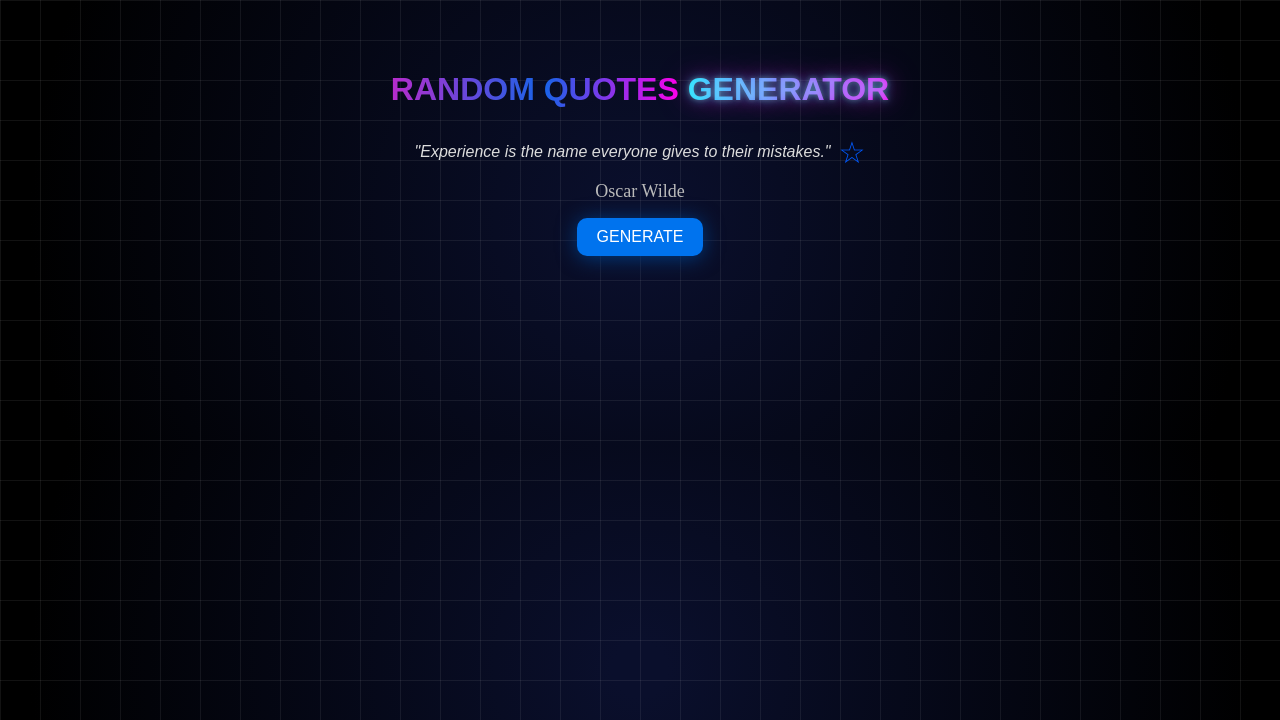
Repository: Adel-la/random-quotes
Page: index.html
The author's editor kept a copy of each file at every save. The page is drawn from the files as they stood at one save, then again after the next save.
The browser window is 1280 px wide. The pictures show the whole page.

Above is the page before, as saved 2025-06-26 23:06:26.

After the next save:
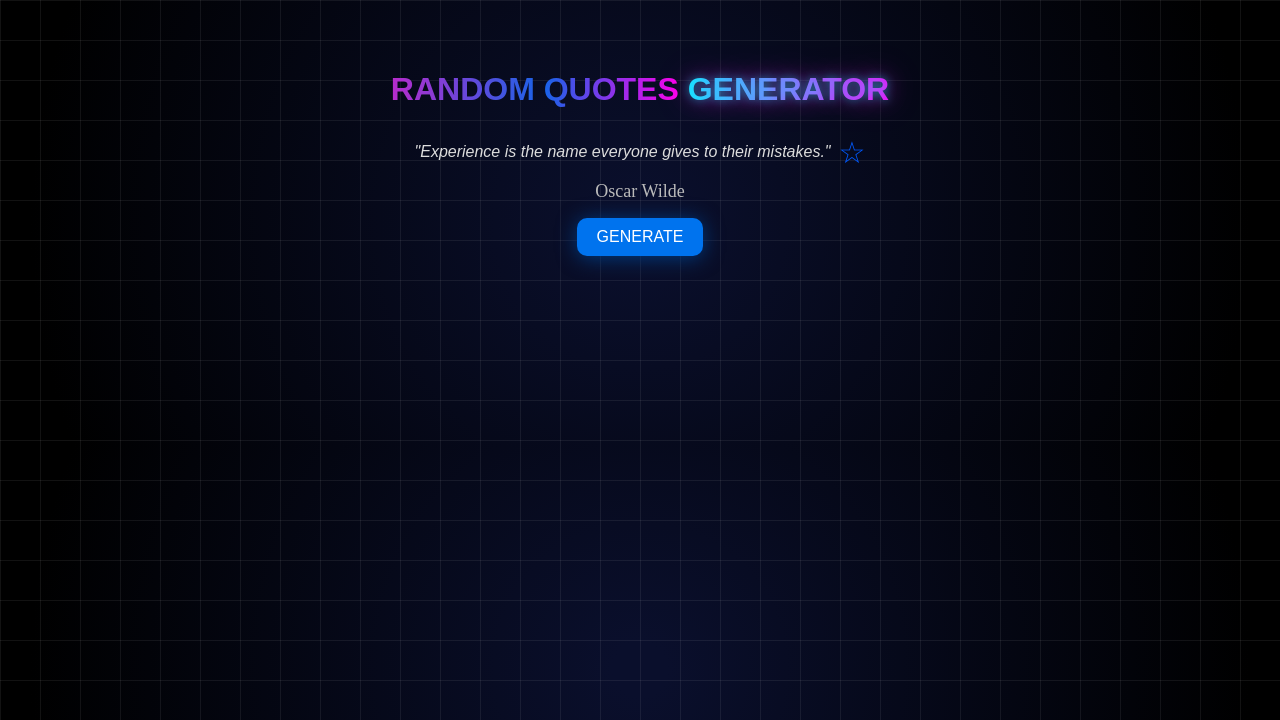
Saved 4 s later.
--- a/styles.css
+++ b/styles.css
@@ -189,7 +189,7 @@ body::before {
   -webkit-background-clip: text;
   -webkit-text-fill-color: transparent;
   text-shadow:
-    0 0 5px rgba(255, 255, 255, 0.238),
+    0 0 5px rgba(255, 255, 255, 0),
     0 0 10px rgba(0, 255, 255, 0.5),
     0 0 20px rgba(255, 0, 255, 0.5),
     0 0 40px rgba(255, 0, 255, 0.3);
